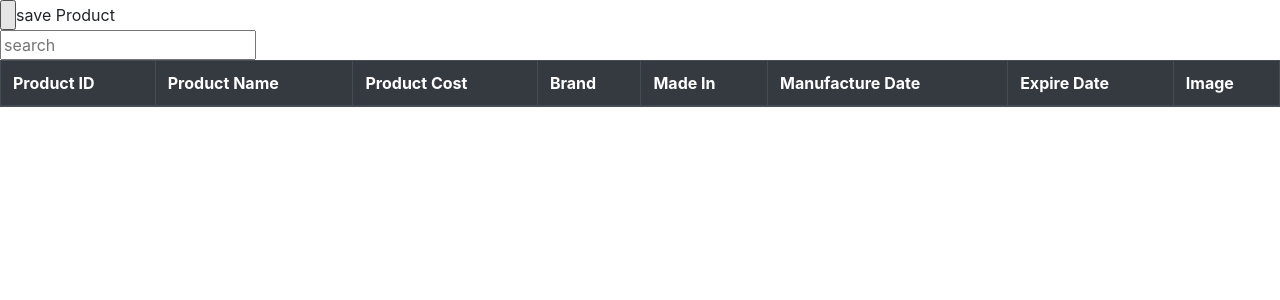
Repository: kamisettiprasanna/AdvJavaPrograms
Page: http://localhost/ProductManagementApp/productList.jsp
The author's editor kept a copy of each file at every save. The page is drawn from the files as they stood at one save, then again after the next save.
The browser window is 1280 px wide. The pictures show the whole page.
The page is served by Tomcat 9. Other server files are loaded and not shown. Queries for data that is not in the repository find no rows.

Above is the page before, as saved 2024-03-06 06:39:43.

### ProductManagementApp/src/main/webapp/productList.jsp
<%@page import="com.sathya.servlet.*" import="java.util.Base64"%>
<%@ page language="java" contentType="text/html"%>
<%@taglib uri="http://java.sun.com/jsp/jstl/core" prefix="c" %>


<html>
<head>

<title>Product List</title>
<!-- BootStract CDN link to Get the Support of BootStrap-->

<link rel="stylesheet" href="https://stackpath.bootstrapcdn.com/bootstrap/4.5.2/css/bootstrap.min.css">

</head>
<body>
<div>
<input type="button">save Product
</div>
<div>
<input type="text" placeholder="search">
</div>
<table class="table table-bordered table-striped">

<thead class="thead-dark">
	<tr>

		<th>Product ID</th>
		<th>Product Name</th>
		<th>Product Cost</th>
		<th>Brand</th>
		<th>Made In</th>
		<th>Manufacture Date</th>
		<th>Expire Date</th>
		<th>Image</th>

	</tr>
</thead>

<tbody>
	<c:forEach var="product" items="<%=new ProductDao().findAll()%>">

		<tr>
			<td>${product.proId}</td>
			<td>${product.proName}</td>
			<td>${product.proPrice}</td>
			<td>${product.proBrand}</td>
			<td>${product.promadeIn}</td>
			<td>${product.promDate}</td>
			<td>${product.promeDate}</td>
			<td><img src="data:[embedded picture, 78 characters]" alt="ProductImage" style="max-width: 100px; max-height:100px;"></td>
       </tr>


	</c:forEach>
</tbody>


</table>

</body>
</html>

### ProductManagementApp/src/main/java/com/sathya/servlet/ProductDao.java
package com.sathya.servlet;

	import java.sql.Connection;
	import java.sql.PreparedStatement;
import java.sql.ResultSet;
import java.sql.SQLException;
import java.sql.Statement;
import java.util.ArrayList;
import java.util.List;

	public class ProductDao {
		public int save(Product_data product) throws SQLException
		{
			Connection connection=null;
			PreparedStatement preparedStatement=null;
			int saveResult=0;
			try
			{
				connection=DBconnection.createConnection();
				preparedStatement=connection.prepareStatement("INSERT INTO Product_data VALUES(?,?,?,?,?,?,?,?)");

				preparedStatement.setInt(1, product.getProId());
				preparedStatement.setString(2, product.getProName());
				preparedStatement.setDouble(3, product.getProPrice());
				preparedStatement.setString(4, product.getProBrand());
				preparedStatement.setString(5, product.getPromadeIn());
				preparedStatement.setDate(6, product.getPromDate());
				preparedStatement.setDate(7, product.getPromeDate());
				preparedStatement.setBytes(8, product.getProImage());
				saveResult = preparedStatement.executeUpdate();
		    }
			catch(SQLException e)
			{
				e.printStackTrace();
			}
			finally
			{
				if(preparedStatement!=null)
	                  preparedStatement.close();
				if(connection!=null)
	                 connection.close();
			}
			return saveResult;
	  	}



		public List<Product_data> findAll() {


				List<Product_data> products=new ArrayList<Product_data>();
				try(Connection connection=DBconnection.createConnection();
						Statement statement=connection.createStatement()){
					//execute the query
					ResultSet resultset=statement.executeQuery("select * from Product_data");

					while(resultset.next())
					{
						Product_data product=new Product_data();

						product.setProId(resultset.getInt("proId"));
						product.setProName(resultset.getString("proName"));
						product.setProPrice(resultset.getDouble("proPrice"));
						product.setProBrand(resultset.getString("proBrand"));
						product.setPromadeIn(resultset.getString("promadeIn"));
						product.setPromDate(resultset.getDate("promDate"));
						product.setPromeDate(resultset.getDate("promeDate"));
						product.setProImage(resultset.getBytes("proImage"));

				        products.add(product);

				}

			}
				catch(SQLException e) {
					e.printStackTrace();
				}
			return products;
	 }
	}

### ProductManagementApp/src/main/java/com/sathya/servlet/DBconnection.java
package com.sathya.servlet;

import java.sql.Connection;
import java.sql.DriverManager;
import java.sql.SQLException;

public class DBconnection {

	public static Connection createConnection() {
		// TODO Auto-generated method stub
		Connection connection1=null;
		try {
			Class.forName("oracle.jdbc.driver.OracleDriver");
			connection1=DriverManager.getConnection("jdbc:oracle:thin:@localhost:1521:xe","prasanna","prasanna");
		}
		catch(ClassNotFoundException | SQLException e) {
			e.printStackTrace();
		}
		return connection1;

	}

}

After the next save:
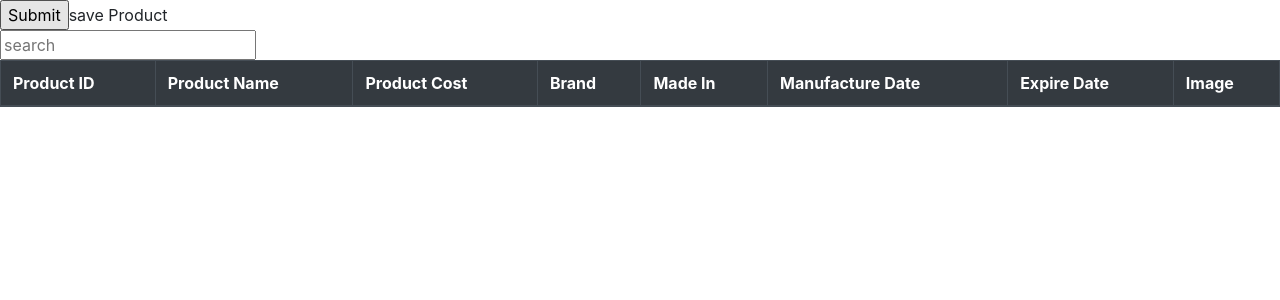
Console error (its wording comes from the project's code and is left out).
Saved 56 s later.
--- a/ProductManagementApp/src/main/webapp/productList.jsp
+++ b/ProductManagementApp/src/main/webapp/productList.jsp
@@ -14,7 +14,7 @@
 </head>
 <body>
 <div>
-<input type="button">save Product
+<input type="submit" onclick="btn btn-success">save Product
 </div>
 <div>
 <input type="text" placeholder="search">

After the save that followed:
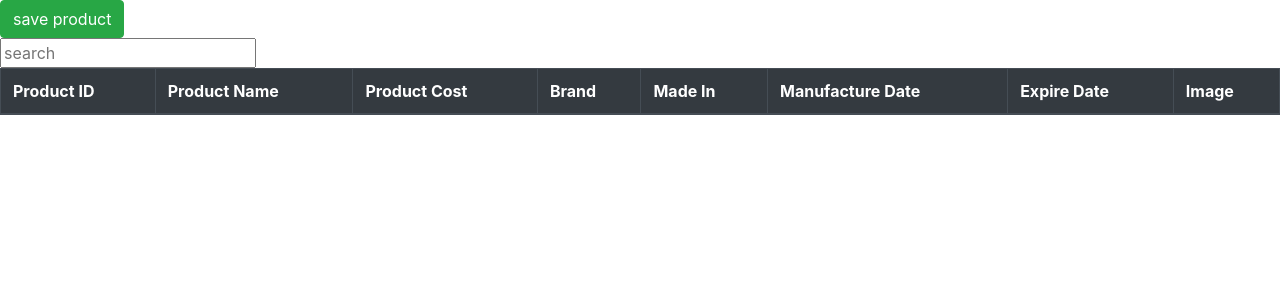
The error is gone.
Saved 69 s later.
--- a/ProductManagementApp/src/main/webapp/productList.jsp
+++ b/ProductManagementApp/src/main/webapp/productList.jsp
@@ -14,8 +14,7 @@
 </head>
 <body>
 <div>
-<input type="submit" onclick="btn btn-success">save Product
-</div>
+ <input type="submit" class="btn btn-success" value="save product"/>
 <div>
 <input type="text" placeholder="search">
 </div>
